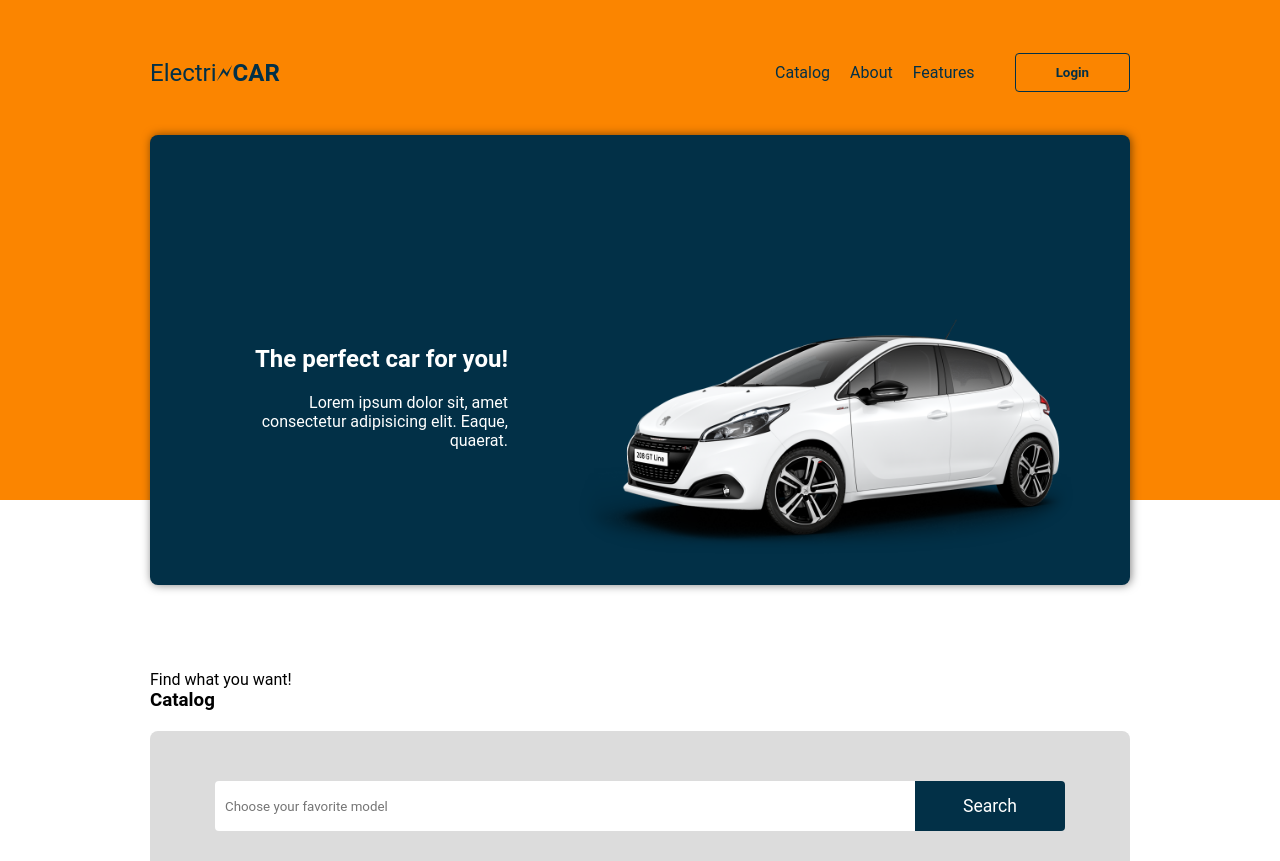
Repository: pettinelli1202/ElectriCar
Page: index.html
An editor plug-in stored every save of this project. The page is shown before and after the next save, followed by the edit.
The browser window is 1280 px wide. The pictures show the part of the page from y = 0 to 861 px (the page is 4053 px tall).
A picture or video elsewhere on the page could not be fetched, so the positions and the page height are approximate. Some web fonts or font styles are not loaded; a fallback is used.

Above is the page before, as saved 2023-03-28 20:39:46.

### index.html
<!DOCTYPE html>
<html lang="en">

<head>
    <meta charset="UTF-8">
    <meta http-equiv="X-UA-Compatible" content="IE=edge">
    <meta name="viewport" content="width=device-width, initial-scale=1.0">
    <title>Document</title>
    <link rel="stylesheet" href="https://cdnjs.cloudflare.com/ajax/libs/font-awesome/4.7.0/css/font-awesome.min.css">
    <link rel="stylesheet" href="./css/style.css">
    <link rel="stylesheet" href="/css/responsive.css">

</head>

<body>
    <header>
        <div class="content">
            <nav>
                <p class="brand">Electri🗲<strong>CAR</strong></p>
                <ul>
                    <li>
                        <a href="">Catalog</a>
                    </li>
                    <li>
                        <a href="">About</a>
                    </li>
                    <li>
                        <a href="">Features</a>
                    </li>
                    <button>Login</button>
                </ul>
            </nav>

            <div class="header-block">
                <div class="text">
                    <h2>The perfect car for you!</h2>
                    <p>Lorem ipsum dolor sit, amet consectetur adipisicing elit. Eaque, quaerat.</p>
                </div>
                <img src="/images/Peugeot-208-.png" alt="">
            </div>
        </div>
    </header>
    <section class="catalog" id="catalog">
        <div class="content">
            <div class="title-wrapper-catalog">
                <p>Find what you want!</p>
                <h3>Catalog</h3>
            </div>
            <div class="filter-card">
                <input type="text" class="search-input" placeholder="Choose your favorite model" />
                <button class="search-button">Search</button>
            </div>
            <div class="card-wrapper">
                <div class="card-item">
                    <img src="/images/JacEjs1.png" alt="Car" />
                    <div class="card-content">
                        <h3>Audi Supra TT</h3>
                        <p>
                            Lorem ipsum dolor sit amet consectetur adipisicing elit. Repellendus.
                        </p>
                        <button type="button">I want this!</button>
                    </div>
                </div>
                <div class="card-item">
                    <img src="/images/kiwd-e-tech.png" alt="Car" />
                    <div class="card-content">
                        <h3>Audi Supra TT</h3>
                        <p>
                            Lorem ipsum dolor sit amet consectetur adipisicing elit. Repellendus.
                        </p>
                        <button type="button">I want this!</button>
                    </div>
                </div>
                <div class="card-item">
                    <img src="" alt="Car" />
                    <div class="card-content">
                        <h3>Audi Supra TT</h3>
                        <p>
                            Lorem ipsum dolor sit amet consectetur adipisicing elit. Repellendus.
                        </p>
                        <button type="button">I want this!</button>
                    </div>
                </div>
                <div class="card-item">
                    <img src="images/car-card.png" alt="Car" />
                    <div class="card-content">
                        <h3>Audi Supra TT</h3>
                        <p>
                            Lorem ipsum dolor sit amet consectetur adipisicing elit. Repellendus.
                        </p>
                        <button type="button">I want this!</button>
                    </div>
                </div>
                <div class="card-item">
                    <img src="images/car-card.png" alt="Car" />
                    <div class="card-content">
                        <h3>Audi Supra TT</h3>
                        <p>
                            Lorem ipsum dolor sit amet consectetur adipisicing elit. Repellendus.
                        </p>
                        <button type="button">I want this!</button>
                    </div>
                </div>
                <div class="card-item">
                    <img src="images/car-card.png" alt="Car" />
                    <div class="card-content">
                        <h3>Audi Supra TT</h3>
                        <p>
                            Lorem ipsum dolor sit amet consectetur adipisicing elit. Repellendus.
                        </p>
                        <button type="button">I want this!</button>
                    </div>
                </div>
                <div class="card-item">
                    <img src="/images/kiwd-e-tech.png" alt="Car" />
                    <div class="card-content">
                        <h3>Audi Supra TT</h3>
                        <p>
                            Lorem ipsum dolor sit amet consectetur adipisicing elit. Repellendus.
                        </p>
                        <button type="button">I want this!</button>
                    </div>
                </div>
                <div class="card-item">
                    <img src="/images/JacEjs1.png" alt="Car" />
                    <div class="card-content">
                        <h3>Audi Supra TT</h3>
                        <p>
                            Lorem ipsum dolor sit amet consectetur adipisicing elit. Repellendus.
                        </p>
                        <button type="button">I want this!</button>
                    </div>
                </div>
                <div class="card-item">
                    <img src="/images/cheryIcar.png" alt="Car" />
                    <div class="card-content">
                        <h3>Audi Supra TT</h3>
                        <p>
                            Lorem ipsum dolor sit amet consectetur adipisicing elit. Repellendus.
                        </p>
                        <button type="button">I want this!</button>
                    </div>
                </div>
            </div>
        </div>
    </section>

    <section class="about" id="about">
        <div class="content">
            <div class="title-wrapper-about">
                <p>Know about us</p>
                <h3>About</h3>
            </div>
            <div class="about-content">
                <div class="left">
                    <img src="images/car-background-front2.jpg" alt="About">
                    <div class="overlay">
                        <div class="text-overlay">
                            FUTURE
                        </div>
                    </div>
                </div>
                <div class="right">
                    <h3>Join technology and mobility</h3>
                    <p>Lorem ipsum dolor sit amet consectetur, adipisicing elit. Soluta quibusdam unde eos fugiat debitis aspernatur dolorem eligendi a doloremque cum optio, perferendis molestiae nobis inventore quos ut dicta dolores incidunt praesentium?
                        Minus ullam doloribus quod dignissimos beatae fugiat praesentium dolorum, libero adipisci dolor mollitia vel eos ducimus officiis, molestiae deserunt maxime cumque? Tempore, quaerat, pariatur nisi totam iusto quibusdam ipsa doloribus
                        adipisci, inventore illum porro maiores dignissimos! Facere animi rerum accusantium at aliquam commodi doloribus tempore iste architecto est a debitis dignissimos dolorem dolore, excepturi magni amet minima itaque obcaecati cum
                        facilis. Recusandae amet nulla voluptatum aliquid, laborum nobis doloribus?<br>
                        <br> Autor:Fulano Blabla
                        <br>Manager ElectriCAR
                        <br>Data:00/00/0000</p>
                </div>
            </div>
        </div>
    </section>

    <section class="features" id="features">
        <div class="content">
            <div class="title-wrapper-features">
                <p>What you cand do</p>
                <h3>Features</h3>
            </div>

            <div class="features-card-block">
                <div class="feature-card-item">
                    <img src="/images/electric-car.png" alt="Features">
                    <div class="feature-text-content">
                        <h3>Electric car</h3>
                        <p>Lorem ipsum dolor sit amet consectetur adipisicing elit.</p>
                    </div>
                </div>

                <div class="feature-card-item">
                    <img src="/images/new-car.png" alt="Features">
                    <div class="feature-text-content">
                        <h3>New car</h3>
                        <p>Lorem ipsum dolor sit amet consectetur adipisicing elit.</p>
                    </div>
                </div>

                <div class="feature-card-item">
                    <img src="/images/semi-car.png" alt="Features">
                    <div class="feature-text-content">
                        <h3>Semi-new car.</h3>
                        <p>Lorem ipsum dolor sit amet consectetur adipisicing elit.</p>
                    </div>
                </div>

                <div class="feature-card-item">
                    <img src="/images/used-car.png" alt="Features">
                    <div class="feature-text-content">
                        <h3>Used car</h3>
                        <p>Lorem ipsum dolor sit amet consectetur adipisicing elit.</p>
                    </div>
                </div>

                <div class="feature-card-item">
                    <img src="/images/rating.png" alt="Features">
                    <div class="feature-text-content">
                        <h3>Reviews</h3>
                        <p>Lorem ipsum dolor sit amet consectetur adipisicing elit.</p>
                    </div>
                </div>

                <div class="feature-card-item">
                    <img src="/images/price-tag.png" alt="Features">
                    <div class="feature-text-content">
                        <h3>Prices</h3>
                        <p>Lorem ipsum dolor sit amet consectetur adipisicing elit.</p>
                    </div>
                </div>
            </div>
        </div>
    </section>

    <footer>
        <div class="main">
            <div class="content footer-link">
                <div class="footer-company">
                    <h4>Company</h4>
                    <a href="#">About</a>
                    <a href="#">Contact</a>
                    <a href="#">My Acount</a>
                </div>
                <div class="footer-rental">
                    <h4>Rental</h4>
                    <a href="#">Self-Drive</a>
                    <a href="#">Chauffer-Driven</a>
                    <a href="#">Help</a>
                </div>

                <div class="footer-social">
                    <h4>Stay connected</h4>
                    <div class="social-icons">
                        <a href="#" class="fa fa-instagram"></a>
                        <a href="#" class="fa fa-whatsapp"></a>
                        <a href="#" class="fa fa-facebook-square"></a>
                        <a href="#" class="fa fa-twitter"></a>
                        <a href="#" class="fa fa-google"></a>
                        <a href="#" class="fa fa-youtube"></a>


                    </div>
                </div>

                <div class="footer-contact">
                    <h4>Contact Us</h4>
                    <h6>+55 (51) 98888-8888</h6>
                    <h6>email-to@gmail.com</h6>
                    <h6>Nome da rua, 000, Porto Alegre, Rio Grande do Sul, Brasil</h6>
                </div>
            </div>
        </div>
        <div class="last">
            Desenvolvido por Lucas Pettinelli - 2023
        </div>
    </footer>
</body>

</html>

### css/style.css
@import url('https://fonts.googleapis.com/css2?family=MedievalSharp&display=swap');
* {
    padding: 0px;
    margin: 0px;
    box-sizing: border-box;
    outline: none;
    font-family: "Roboto", Arial, Helvetica, sans-serif;
}

html,
body {
    width: 100%;
    overflow-x: hidden;
}

header {
    width: 100%;
    height: 500px;
    background-color: #fb8500;
}

.content {
    max-width: 1000px;
    min-width: 300px;
    margin: 0 auto;
    display: flex;
    flex-direction: column;
    padding: 10px;
}

nav {
    width: 100%;
    height: 125px;
    display: flex;
    flex-direction: row;
    align-items: center;
    justify-content: space-between;
}

.brand {
    font-size: 24px;
    color: #023047;
    cursor: pointer;
}

nav ul {
    display: flex;
    flex-direction: row;
}

nav ul li {
    list-style: none;
    padding: 10px;
    cursor: pointer;
}

nav ul li a {
    color: #023047;
    text-decoration: none;
}

nav ul li a:hover {
    color: white;
    background-color: #023047;
    padding: 10px;
    border-radius: 4px;
    transition: 0.6s;
}

nav ul button {
    padding: 8px 40px;
    background-color: transparent;
    border: 1px solid #023047;
    cursor: pointer;
    margin-left: 30px;
    color: #023047;
    font-weight: bold;
    border-radius: 4px;
}

nav ul button:hover {
    transition: 0.6s;
    background: #023047;
    color: white;
}

.content .header-block {
    max-width: 1000px;
    min-width: 300px;
    height: 450px;
    background: #023047;
    border-radius: 8px;
    box-shadow: 1px 0px 10px 0px rgba(0, 0, 0, 0.5);
    -webkit-box-shadow: 1px 0px 10px 0px rgba(0, 0, 0, 0.5);
    -moz-box-shadow: 1px 0px 10px 0px rgba(0, 0, 0, 0.5);
    position: relative;
    z-index: 10;
    padding: 10px;
}

.header-block img {
    width: 55%;
    position: absolute;
    left: 40%;
    bottom: 0;
}

.header-block .text {
    text-align: right;
    position: absolute;
    bottom: 30%;
    left: 10%;
}

.header-block .text h2 {
    color: white;
    margin-bottom: 20px;
    text-align: right;
    transform: translateX(-20px);
    transition: transform 0.5s;
}

.header-block .text p {
    max-width: 280px;
    color: white;
    text-align: right;
    transform: translateX(-20px);
    transition: transform 0.4s;
}


/*PRODUCT CATALOG*/

section .catalog {
    width: 100vw;
    padding: 100px;
}

section .filter-card {
    width: 980px;
    height: 150px;
    background: gainsboro;
    border-radius: 8px;
    margin: 0 auto;
    display: flex;
    flex-direction: row;
    align-items: center;
    justify-content: center;
}

.search-input {
    width: 700px;
    height: 50px;
    border: none;
    border-radius: 4px 0px 0px 4px;
    text-indent: 10px;
}

.search-button {
    width: 150px;
    height: 50px;
    border-radius: 0px 4px 4px 0px;
    border: none;
    background: #023047;
    color: white;
    cursor: pointer;
    font-size: 1.1em;
    transition: 0.3s ease;
}

.search-button:hover {
    background: #fb8500;
    color: #023047;
}

.title-wrapper-catalog {
    margin-top: 160px;
    padding-bottom: 20px;
}

section .card-wrapper {
    max-width: 1000px;
    height: 100%;
    display: grid;
    grid-template-columns: repeat(auto-fill, minmax(270px, 1fr));
    grid-gap: 30px;
    padding-top: 50px;
}

section .card-item {
    height: 400px;
    background: gainsboro;
    border-radius: 8px;
    display: flex;
    flex-direction: column;
    align-items: center;
    justify-content: space-around;
}

.card-content {
    height: 40%;
    display: flex;
    flex-direction: column;
    align-items: center;
    justify-content: space-around;
}

.card-item img {
    width: 90%;
}

.card-item h3 {
    text-align: center;
    width: 90%;
    color: black;
}

.card-item p {
    width: 90%;
    font-style: italic;
    color: gray;
}

.card-item button {
    width: 90%;
    padding: 15px 0px;
    border: none;
    background: #023047;
    border-radius: 4px;
    color: white;
    font-weight: bold;
    font-size: 1.1em;
    cursor: pointer;
    transition: 0.3 ease;
    margin-bottom: 10px;
}

.card-item button:hover {
    transition: 0.4s;
    background: #fb8500;
    color: #023047;
}


/*ABOUT*/

.about {
    width: 100%;
    height: 100%;
    display: flex;
    align-items: center;
    justify-content: center;
    padding: 50px 10px;
}

.title-wrapper-about {
    margin-bottom: 40px;
}

.about-content {
    max-width: 1000px;
    min-width: 300px;
    height: 600px;
    background: gainsboro;
    margin: 0 auto;
    border-radius: 8px;
    z-index: 10;
    padding: 10px;
    display: flex;
    flex-direction: row;
    align-items: center;
    justify-content: space-between;
}

.left {
    position: relative;
    width: 25%;
    min-width: 300px;
    height: 100%;
    background: rgba(0, 0, 0, 0.904);
    border-radius: 8px;
}

.left img {
    display: block;
    width: 100%;
    height: 100%;
}

.right {
    width: 65%;
    height: 100%;
    display: flex;
    flex-direction: column;
    align-items: flex-start;
    justify-content: flex-start;
    padding-top: 10%;
}

.right h3 {
    text-align: right;
    width: 90%;
    margin-bottom: 20px;
}

.right p {
    max-width: 90%;
    font-size: 1em;
    letter-spacing: 2px;
    text-align: right;
    color: rgba(0, 0, 0, 0.4);
}

.overlay {
    position: absolute;
    top: 0;
    bottom: 0;
    left: 0;
    right: 0;
    height: 100%;
    width: 100%;
    opacity: 0;
    transition: 1s ease;
    background-color: #01010171;
}

.left:hover .overlay {
    opacity: 1;
}

.text-overlay {
    word-break: break-all;
    color: rgb(234, 234, 234);
    font-size: 108px;
    position: absolute;
    top: 50%;
    left: 50%;
    -webkit-transform: translate(-50%, -50%);
    -ms-transform: translate(-50%, -50%);
    transform: translate(-50%, -50%);
    text-align: justify;
    font-weight: bold;
}


/*FEATURES*/

.features {
    width: 100%;
    height: 100%;
    background: gainsboro;
    display: flex;
    align-items: center;
    justify-content: center;
    padding: 50px 0px;
}

.title-wrapper-features {
    padding: 20px 0px;
}

.features-card-block {
    max-width: 1000px;
    min-width: 300px;
    height: 600px;
    background: white;
    margin: 0 auto;
    border-radius: 8px;
    z-index: 10;
    padding: 50px;
    display: grid;
    grid-template-columns: repeat(auto-fill, minmax(420px, 1fr));
    grid-gap: 30px;
}

.feature-card-item {
    max-width: 420px;
    height: 150px;
    display: flex;
    flex-direction: row;
    align-items: center;
    justify-content: space-around;
    border: 1px solid rgba(128, 128, 128, 0.2);
    border-radius: 4px;
}

.feature-text-content {
    max-width: 60%;
    margin: 5px;
}

.feature-card-item img {
    width: 64px;
    height: 64px;
}


/*FOOTER*/

footer {
    width: 100%;
    height: 250px;
}

footer .main {
    width: 100%;
    height: 200px;
    background: #fb8500;
    padding: 20px 10px;
}

.footer-link {
    max-width: 1000px;
    min-width: 300px;
    display: flex;
    flex-direction: row;
    justify-content: space-between;
    margin-top: 20px;
}

.footer-company,
.footer-rental,
.footer-contact {
    color: white;
    height: 50%;
    min-height: 100px;
}

.footer-rental a,
.footer-company a {
    display: flex;
    flex-direction: column;
    color: white;
    text-decoration: none;
}

.footer-link h4 {
    margin-bottom: 10px;
}

.footer-link {
    margin-bottom: 8px;
}

.footer-social a {
    color: white;
    padding: 5px;
    font-size: 32px;
    text-align: center;
    text-decoration: none;
    margin: 5px 2px;
}

.footer-social a:hover {
    text-align: center;
    padding: 5px;
    border-radius: 50%;
    background: orange;
}

.footer-social h4 {
    color: white;
    text-transform: uppercase;
    text-align: center;
}

footer .last {
    width: 100%;
    height: 50px;
    background: #023047;
    color: white;
    display: flex;
    align-items: center;
    justify-content: center;
}

### css/responsive.css
/*RESPONSIVE*/

@media(max-width:576px) {
    nav ul li {
        display: none;
    }
    .header-block img {
        width: 100%;
        position: absolute;
        left: 0;
        top: 25%;
    }
    .header-block .text {
        position: absolute;
        bottom: 10%;
        left: 15;
    }
    section .filter-card {
        width: 360px;
        padding: 0px 10px;
    }
    .search-input {
        max-width: 600px;
        min-width: 240px;
    }
    .search-button {
        max-width: 150px;
        min-width: 80px;
    }
    .about {
        margin-top: 100px;
    }
    .title-wrapper-about {
        margin-bottom: 20px;
    }
    .about-content {
        flex-direction: column;
        height: 100%;
    }
    .left {
        display: none;
    }
    .right {
        width: 90%;
    }
    .right p {
        width: 100%;
        margin: 0px;
        text-align: left;
    }
    .features {
        height: 100%;
    }
    .features-card-block {
        height: 100%;
        display: flex;
        flex-direction: column;
    }
    footer {
        height: 100%;
    }
    footer .main {
        height: 100%;
    }
    .footer-rental {
        height: 30%;
        position: absolute;
        right: 60px;
    }
    .footer-link {
        flex-direction: column;
        padding: 10%;
    }
}

After the next save:
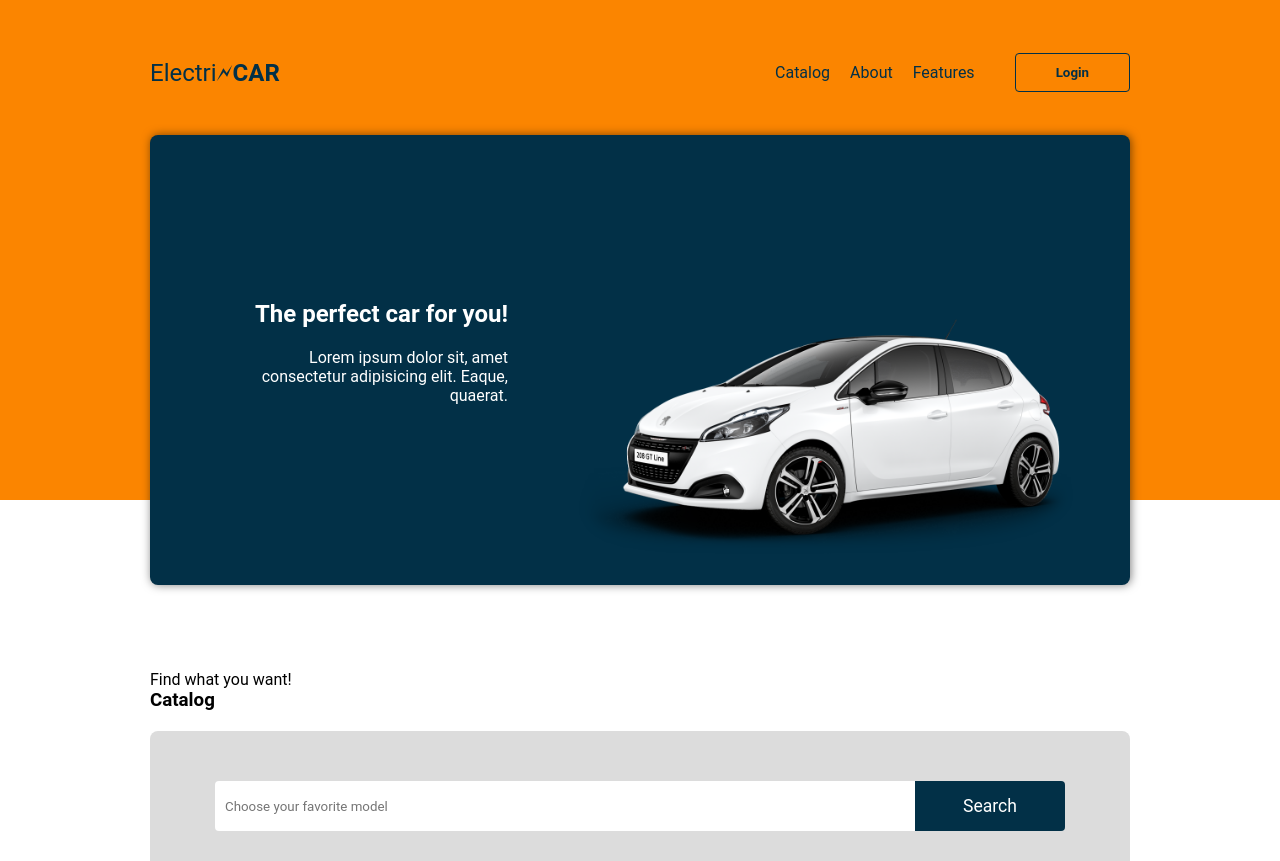
Saved 11 s later.
--- a/css/style.css
+++ b/css/style.css
@@ -108,7 +108,7 @@ nav ul button:hover {
 .header-block .text {
     text-align: right;
     position: absolute;
-    bottom: 30%;
+    bottom: 40%;
     left: 10%;
 }
 
